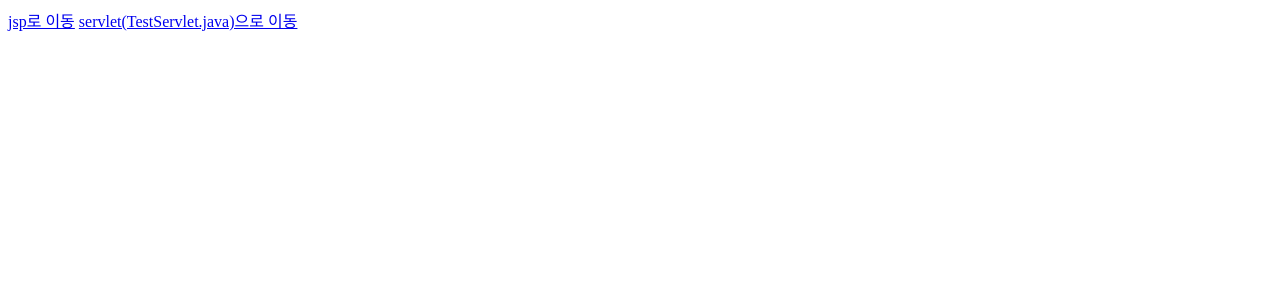
Repository: umhayun/myJSP
Page: http://localhost/basicJSP/testServlet.jsp
An editor plug-in stored every save of this project. The page is shown before and after the next save, followed by the edit.
The browser window is 1280 px wide. The pictures show the whole page.
The page is served by Tomcat 9.

Above is the page before, as saved 2022-01-18 08:45:53.

After the next save:
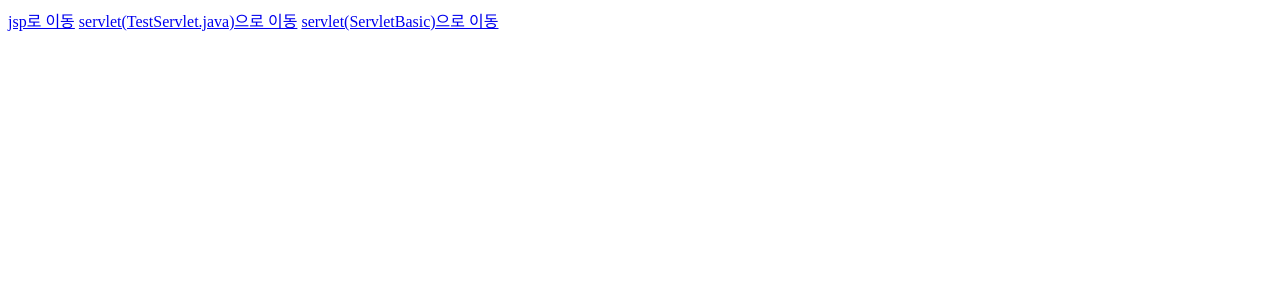
Saved 40 s later.
--- a/basicJSP/src/main/webapp/testServlet.jsp
+++ b/basicJSP/src/main/webapp/testServlet.jsp
@@ -9,6 +9,6 @@
 <body>
 	<a href="testJSP.jsp">jsp로 이동</a>
 	<a href="./apple">servlet(TestServlet.java)으로 이동</a>
-
+	<a href="./Banana">servlet(ServletBasic)으로 이동</a>
 </body>
 </html>
